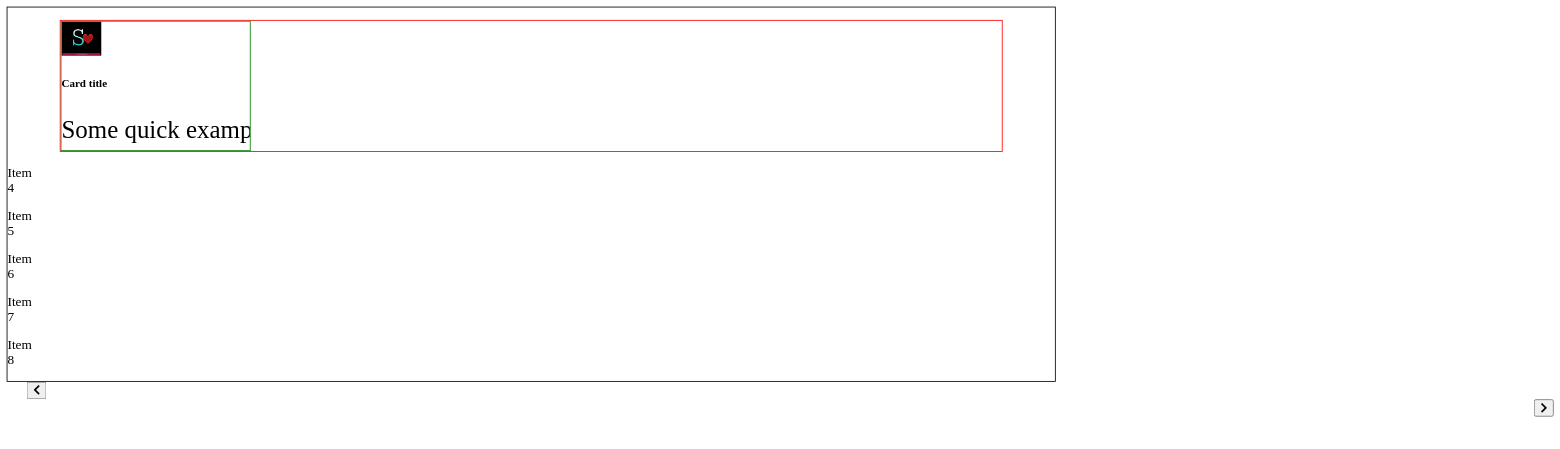
Repository: SAYYODTURINALIYEV/sassasa
Page: snov.html
An editor plug-in stored every save of this project. The page is shown before and after the next save, followed by the edit.
The browser window is 1280 px wide. The page is 1872 px wide, then 1880 px, so the pictures cover 1880 px, including what lies to the right of the window. The pictures show the whole page, at 83% of full size.

Above is the page before, as saved 2022-05-19 16:53:41.

### snov.html
<!DOCTYPE html>
<html lang="en">

<head>
    <meta charset="UTF-8">
    <meta http-equiv="X-UA-Compatible" content="IE=edge">
    <meta name="viewport" content="width=device-width, initial-scale=1.0">
    <title>Document</title>
    <link rel="stylesheet" href="snov.css">
    <link rel="stylesheet" href="https://cdnjs.cloudflare.com/ajax/libs/font-awesome/5.15.4/css/all.min.css">
</head>

<body>

    <div id="exampleSlider1" class="exampleSlider">
        <div class="MS-content">
            <div class="card item">
                <img class="card-img-top" src="/images/s1.jpg" alt="Card image cap" style="width: 3rem;">
                <div class="card-body">
                    <h5 class="card-title">Card title</h5>
                    <p class="card-text">Some quick example text to build on the card title and make up the bulk of the card's content.</p>

                </div>

            </div>
        </div>
        <div class="item">
            <p>Item<br>4</p>
        </div>
        <div class="item">
            <p>Item<br>5</p>
        </div>
        <div class="item">
            <p>Item<br>6</p>
        </div>
        <div class="item">
            <p>Item<br>7</p>
        </div>
        <div class="item">
            <p>Item<br>8</p>
        </div>
    </div>
    <div class="MS-controls">
        <button class="MS-left" style="margin-left: 1.5rem;"><i class="fa fa-chevron-left"></i></button>
        <button class="MS-right"><i class="fa fa-chevron-right"></i></button>
    </div>
    </div>
</body>

</html>

### snov.css
.exampleSlider {
    position: relative;
    border: 1px solid black;
}

.exampleSlider .MS-content {
    margin: 15px 5%;
    overflow: hidden;
    white-space: nowrap;
    border: 1px solid red;
}

.exampleSlider .MS-content .item {
    display: inline-block;
    height: 100%;
    overflow: hidden;
    position: relative;
    vertical-align: top;
    border: 1px solid green;
    width: 20%;
}

.exampleSlider .MS-content .item p {
    font-size: 30px;
    text-align: center;
    line-height: 1;
    vertical-align: middle;
    margin: 0;
    padding: 10px 0;
}

.exampleSlider .MS-controls button {
    position: absolute;
    border: none;
    background: transparent;
    font-size: 30px;
    outline: 0;
    top: 35px;
}

.MS-right {
    margin-left: 115rem;
}

After the next save:
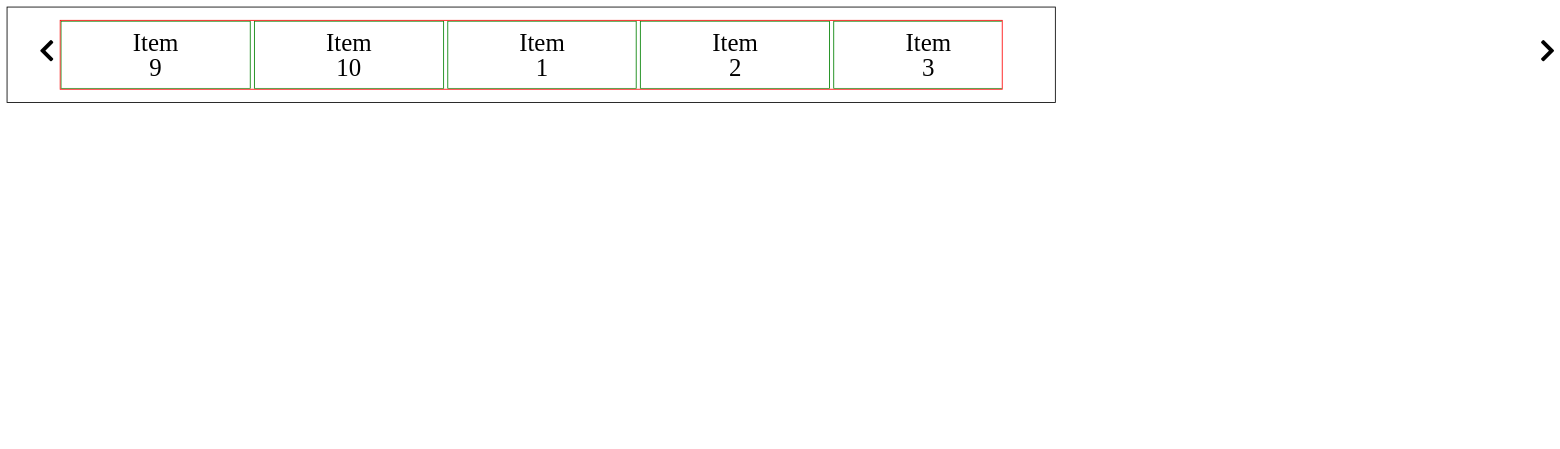
Saved 18 s later.
--- a/snov.html
+++ b/snov.html
@@ -14,36 +14,41 @@
 
     <div id="exampleSlider1" class="exampleSlider">
         <div class="MS-content">
-            <div class="card item">
-                <img class="card-img-top" src="/images/s1.jpg" alt="Card image cap" style="width: 3rem;">
-                <div class="card-body">
-                    <h5 class="card-title">Card title</h5>
-                    <p class="card-text">Some quick example text to build on the card title and make up the bulk of the card's content.</p>
-
-                </div>
-
+            <div class="item">
+                <p>Item<br>9</p>
+            </div>
+            <div class="item">
+                <p>Item<br>10</p>
+            </div>
+            <div class="item">
+                <p>Item<br>1</p>
+            </div>
+            <div class="item">
+                <p>Item<br>2</p>
+            </div>
+            <div class="item">
+                <p>Item<br>3</p>
+            </div>
+            <div class="item">
+                <p>Item<br>4</p>
+            </div>
+            <div class="item">
+                <p>Item<br>5</p>
+            </div>
+            <div class="item">
+                <p>Item<br>6</p>
+            </div>
+            <div class="item">
+                <p>Item<br>7</p>
+            </div>
+            <div class="item">
+                <p>Item<br>8</p>
             </div>
         </div>
-        <div class="item">
-            <p>Item<br>4</p>
+        <div class="MS-controls">
+            <button class="MS-left" style="margin-left: 2rem;"><i class="fa fa-chevron-left"></i></button>
+            <button class="MS-right"><i class="fa fa-chevron-right"></i></button>
         </div>
-        <div class="item">
-            <p>Item<br>5</p>
-        </div>
-        <div class="item">
-            <p>Item<br>6</p>
-        </div>
-        <div class="item">
-            <p>Item<br>7</p>
-        </div>
-        <div class="item">
-            <p>Item<br>8</p>
-        </div>
-    </div>
-    <div class="MS-controls">
-        <button class="MS-left" style="margin-left: 1.5rem;"><i class="fa fa-chevron-left"></i></button>
-        <button class="MS-right"><i class="fa fa-chevron-right"></i></button>
-    </div>
     </div>
 </body>
 
